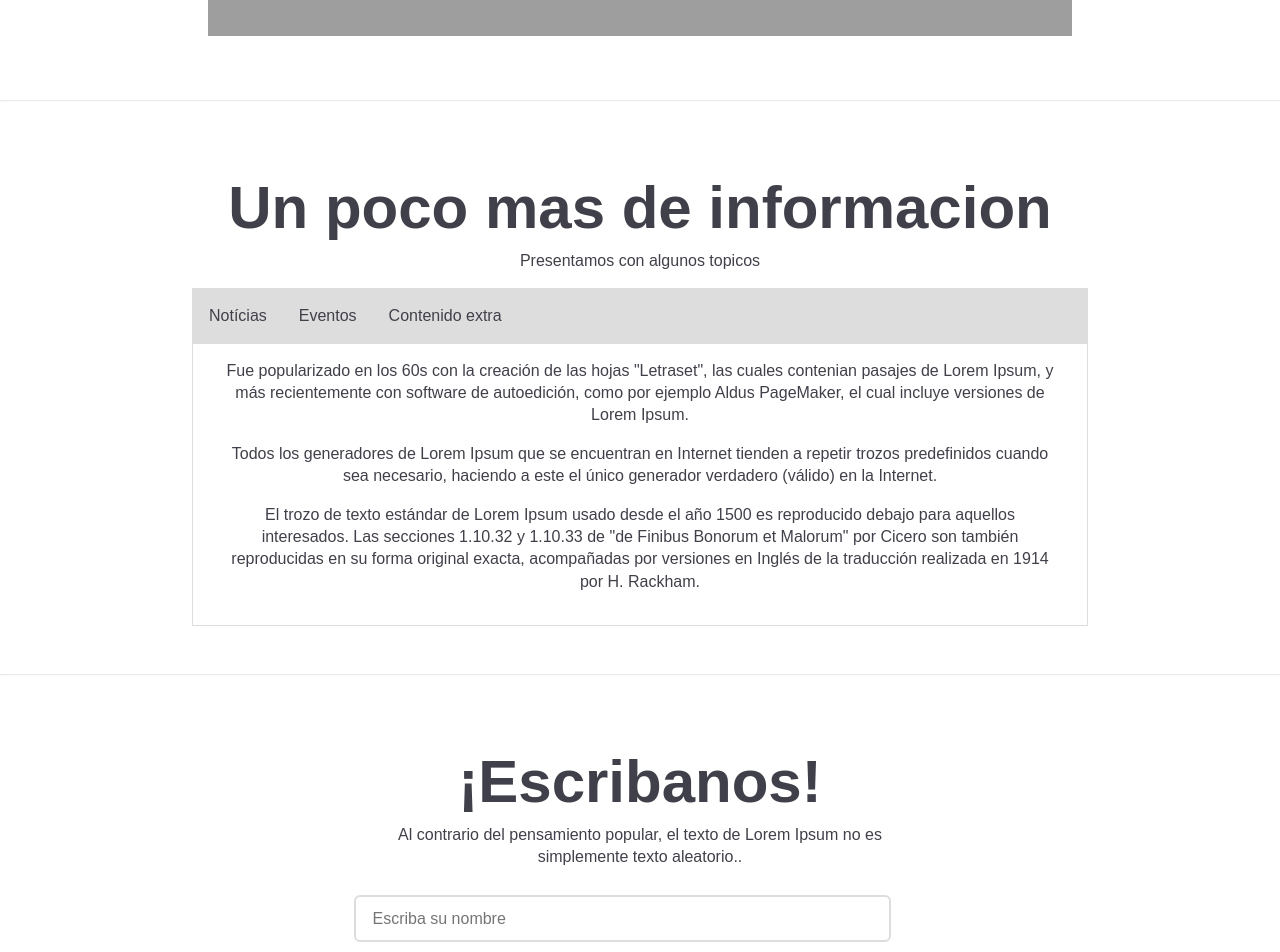
Repository: robsonmarkes/accesibilidad
Page: index.html
These files come from the project's save history. The page is drawn as it stood at one moment and after the next save; the edit follows.
The browser window is 1280 px wide. The pictures show the part of the page from y = 1924 to 2876 px (the page is 3347 px tall).
Pictures or frames that could not be fetched are drawn as grey boxes. A picture or video elsewhere on the page could not be fetched, so the positions and the page height are approximate.

Above is the page before, as saved 2022-10-13 10:58:16.

### index.html
<!DOCTYPE html>
<html lang="en">
<head>
    <meta charset="UTF-8">
    <meta http-equiv="X-UA-Compatible" content="IE=edge">
    <meta name="viewport" content="width=device-width, initial-scale=1.0">
    <title>Mi empresa portal</title>
    <link rel="stylesheet" href="style.css">
    <link rel="stylesheet" href="slides.css">
</head>
<body>
    <!-- wrong way -->
    <div class="wrap">
        <div class="header">
            <a href="http://google.com" class="logo">
                <img src="https://www.pngarts.com/files/3/Logo-PNG-Transparent-Image.png" alt="" srcset="">
            </a>
            <ul>
                <li>
                    <a href="#" target="_blank" rel="noopener noreferrer">Home</a>
                </li>
                <li>
                    <a href="#" target="_blank" rel="noopener noreferrer">Proyectos</a>
                </li>
                <li>
                    <a href="#" target="_blank" rel="noopener noreferrer">Contacto</a>
                </li>
            </ul>
        </div>
        <div class="content">
            <div class="article">
                <h1>Bienvenido!</h1>
                <img class="decorative-image" src="assets/world.png" alt="icono del planeta tierra"/>
                <p>
                    Lorem Ipsum es simplemente el texto de relleno de las imprentas y archivos de texto. Lorem Ipsum ha sido el texto de relleno estándar de las industrias desde el año 1500, cuando un impresor (N. del T. persona que se dedica a la imprenta) desconocido usó una galería de textos y los mezcló de tal manera que logró hacer un libro de textos especimen. No sólo sobrevivió 500 años, sino que tambien ingresó como texto de relleno en documentos electrónicos, quedando esencialmente igual al original. Fue popularizado en los 60s con la creación de las hojas "Letraset", las cuales contenian pasajes de Lorem Ipsum, y más recientemente con software de autoedición, como por ejemplo Aldus PageMaker, el cual incluye versiones de Lorem Ipsum.
                </p>
                <div class="buttons">
                    <button class="primary">Empezar!</button>
                    <button class="secondary">Contacto</button>
                </div>
            </div>
            <hr />
            <div class="article">
                <div>
                    <h1>Nuestra empresa</h1>
                    <p>
                        Es un hecho establecido hace demasiado tiempo que un lector se distraerá con el contenido del texto de un sitio mientras que mira su diseño. El punto de usar Lorem Ipsum es que tiene una distribución más o menos normal de las letras, al contrario de usar textos como por ejemplo "Contenido aquí, contenido aquí". Estos textos hacen parecerlo un español que se puede leer. Muchos paquetes de autoedición y editores de páginas web usan el Lorem Ipsum como su texto por defecto, y al hacer una búsqueda de "Lorem Ipsum" va a dar por resultado muchos sitios web que usan este texto si se encuentran en estado de desarrollo. Muchas versiones han evolucionado a través de los años, algunas veces por accidente, otras veces a propósito (por ejemplo insertándole humor y cosas por el estilo).
                    </p>
                </div>
                <img src="https://cdn-dynmedia-1.microsoft.com/is/image/microsoftcorp/O2019-Hero-image-x2:VP1-539x440?resMode=sharp2&op_usm=1.5,0.65,15,0&wid=1920&hei=720&qlt=75&fit=constrain" alt="Empleados mirando sus nuevos proyectos">
            </div>
            <hr />

            <div class="article" id="projects">
                <div>
                    <h1>Proyectos</h1>
                    <p>
                        Mira algunos de nuestros proyectos!
                    </p>
                    <section class="slider-wrapper">
                        <button class="slide-arrow" id="slide-arrow-prev">
                          &#8249;
                        </button>
                        <button class="slide-arrow" id="slide-arrow-next">
                          &#8250;
                        </button>
                        <ul class="slides-container" id="slides-container">
                          <li class="slide">
                            <img src="https://www.unir.net/wp-content/uploads/2021/02/Pro1.jpg" alt="">
                          </li>
                          <li class="slide">
                            <img src="https://gerens.pe/blog/wp-content/uploads/2018/08/gestion-de-proyecto.jpg" alt="">
                          </li>
                          <li class="slide">
                            <img src="https://www.il3.ub.edu/blog/wp-content/uploads/2021/10/iStock-1279738776.jpg" alt="">
                          </li>
                          <li class="slide">
                            <img src="https://www.obsbusiness.school/sites/obsbusiness.school/files/images/tipos%20de%20proyectos-min_0.jpg" alt="">
                          </li>
                        </ul>
                      </section>
                </div>

            </div>
            <hr />

            <div class="article" id="projects">
                <div>
                    <h1>Un poco mas de informacion</h1>
                    <p>
                        Presentamos con algunos topicos
                    </p>
                    <div class="tabs">
                        <div class="tabmenu">
                            <ul>
                                <li>Notícias</li>
                                <li>Eventos</li>
                                <li>Contenido extra</li>
                            </ul>
                        </div>
                        <div class="tab-content">
                            <div id="notices">
                                <p>
                                    Fue popularizado en los 60s con la creación de las hojas "Letraset", las cuales contenian pasajes de Lorem Ipsum, y más recientemente con software de autoedición, como por ejemplo Aldus PageMaker, el cual incluye versiones de Lorem Ipsum.
                                </p>
                            </div>
                            <div id="events">
                                <p>
                                    Todos los generadores de Lorem Ipsum que se encuentran en Internet tienden a repetir trozos predefinidos cuando sea necesario, haciendo a este el único generador verdadero (válido) en la Internet.
                                </p>
                            </div>
                            <div id="extra-content">
                                <p>
                                    El trozo de texto estándar de Lorem Ipsum usado desde el año 1500 es reproducido debajo para aquellos interesados. Las secciones 1.10.32 y 1.10.33 de "de Finibus Bonorum et Malorum" por Cicero son también reproducidas en su forma original exacta, acompañadas por versiones en Inglés de la traducción realizada en 1914 por H. Rackham.
                                </p>
                            </div>
                        </div>
                    </div>
                </div>

            </div>
            <hr />

            <div class="article">
                <h1>¡Escribanos!</h1>
                <p>
                    Al contrario del pensamiento popular, el texto de Lorem Ipsum no es simplemente texto aleatorio..
                </p>
                <form action="">
                    <fieldset>
                        <legend>En formulário de ejemplo</legend>
                        <div class="form-group">
                            <label for="name">nombre:</label>
                            <input type="text" name="name" id="name" placeholder="Escriba su nombre">
                            <span class="validator hidden" id="validate-name"></span>
                        </div>
                        <div class="form-group">
                            <label for="email">correo:</label>
                            <input type="text" name="email" id="email" placeholder="Escriba su correo">
                            <span class="validator hidden" id="validate-email"></span>
                        </div>
                        <div class="form-group">
                            <label for="message">mensaje:</label>
                            <textarea name="message" id="message" cols="30" rows="10" placeholder="Escriba su mensaje"></textarea>
                            <span class="validator hidden" id="validate-message"></span>
                        </div>
                        <button id="send-message" disabled>Enviar!</button>
                    </fieldset>
                </form>
            </div>
        </div>
        <div class="footer">
            <span>Navegación rápida</span>
            <ul>
                <li>
                    <a href="#" target="_blank" rel="noopener noreferrer">Home</a>
                </li>
                <li>
                    <a href="#" target="_blank" rel="noopener noreferrer">Sobre</a>
                </li>
                <li>
                    <a href="#" target="_blank" rel="noopener noreferrer">Proyectos</a>
                </li>
                <li>
                    <a href="#" target="_blank" rel="noopener noreferrer">Contacto</a>
                </li>
            </ul>
        </div>

        <div class="background-modal close-modal" id="background-modal"></div>
        <div class="modal close-modal" id="modal">
            <span class="close-btn" id="close-btn">x</span>
            <h2 class="title">Estas seguro que quieres enviar?</h2>
            <span class="text">La acción no puede ser deshecha.</span>
            <div class="buttons">
                <button id="close-btn">¡Si!</button>
                <button id="close-btn">¡No!</button>
            </div>
        </div>

    </div>
</body>
<script src="scripts.js"></script>
</html>

### style.css
:root {
    --primary-bg: rgb(81, 101, 228);
    --primary-color: #ffffff;
    --secondary-bg: #ffffff;
    --secondary-color: rgb(64, 64, 74);
    --body-bg: rgb(64, 64, 74);
    --transition-time: 0.2s;
  }

body, * {
    margin: 0;
    padding: 0;
    list-style-type: none;
    text-decoration: none;
    font-family:Arial, Helvetica, sans-serif;
    color: var(--secondary-color);
    box-sizing: border-box;
}

body a:hover {
    color: var(--primary-color);
}

.wrap {
    width: 100%;
    height: auto;
    margin: 0 auto;

}

.wrap .header {
    display: flex;
    align-items: center;
    background-color: var(--primary-bg);
}

.wrap .header  img {
    filter: invert(100%);
    height: 64px;
}

.wrap .header ul {
    display: flex;
}
.wrap .header ul li {
    padding: 1rem;
}
.wrap .header a {
    color: var(--primary-color);
}

.wrap .content {
    width: 100%;
    min-width: 400px;
    margin: 0;
}

.wrap .content hr {
    color: var(--body-bg);
    opacity: 0.2;
}

.wrap .content .article {
    margin: 0 auto;
    padding: 64px 0 48px;
    max-width: 600px;
    line-height: 1.4;
}

.wrap .content .article h1, h2, h3 {
    font-size: 3.75rem;
    padding-bottom: 0.35;
    text-align: center;
}

.wrap .content .article p {
    font-size: 1rem;
    text-align: center;
    padding: 0 1rem 1rem;
}

.wrap .content .article img {
    margin: 0 auto;
    max-width: 100%;
}

.wrap .content .article .decorative-image {
    max-width: 20%;
    float: right;
    filter: opacity(0.5);
}

.wrap .content .article .buttons {
    max-width: 220px;
    margin: 0 auto;
    display: flex;
}

.wrap .content .article .buttons button {
    font-size: 1rem;
    padding: 0.5rem 1rem;
    margin: 4px;
    border: 2px solid;
    border-radius: 4px;
    cursor: pointer;
    background-color: transparent;
}

.wrap .content .article .buttons button.primary {
    background-color: var(--primary-color);
    color: var(--primary-bg);
    transition: var(--transition-time) background-color;
}

.wrap .content .article .buttons button.primary:hover {
    background-color: var(--primary-bg);
    color: var(--primary-color);
    border-color: var(--primary-bg);
}

.wrap .content .article .buttons button.secondary {
    background-color: var(--secondary-color);
    color: var(--secondary-bg);
    border-color: var(--secondary-color);
    transition: var(--transition-time) background-color;
}

.wrap .content .article .buttons button.secondary:hover {
    background-color: var(--secondary-bg);
    color: var(--secondary-color);
    border-color: var(--secondary-color);
}

.wrap .content .article form {
    width: 100%;
    margin: 0 auto;
}

.wrap .content .article form fieldset {
    display: flex;
    flex-direction: column;
    align-items: center;
    border-color: transparent;
}

.wrap .content .article form fieldset legend {
    opacity: 0;
    font-size: 0px;
}

.wrap .content .article form .form-group {
    width: 100%;
    display: block;
}

.wrap .content .article form .form-group label {
    opacity: 0;
    font-size: 0px;
}

.wrap .content .article form .form-group input, .wrap .content .article form .form-group textarea {
    font-size: 1rem;
    padding: 0.8rem 1rem;
    margin: 0.5rem;
    border: 2px solid #ddd;
    border-radius: 6px;
    width: 90%;
}

.wrap .content .article form fieldset button {
    font-size: 1rem;
    width: 160px;
    margin: 0 auto;
    padding: 0.5rem 1rem;
    margin: 4px;
    border: 2px solid;
    border-radius: 4px;
    cursor: pointer;
    background-color: var(--primary-color);
    color: var(--primary-bg);
    transition: var(--transition-time) background-color;
}

.wrap .content .article form fieldset button:hover {
    background-color: var(--primary-bg);
    color: var(--primary-color);
    border-color: var(--primary-bg);
}

.wrap .content .article form fieldset button[disabled] {
    background: rgb(184, 181, 181);
    color: rgb(102, 100, 100);
}

.wrap .content .article form fieldset .validator {
    font-size: 0.8rem;
    margin-left: 1rem;
    color: red;
}

.wrap .content .article form fieldset .hidden {
    display: none;
}

.wrap .content .article .tabs {
    border: 1px solid #ddd;
}

.wrap .content .article .tabs .tabmenu {
    background: #ddd;
}

.wrap .content .article .tabs .tabmenu ul {
    display: flex;
}

.wrap .content .article .tabs .tabmenu ul li {
    padding: 1rem;
    color: var(--secondary-color);
}

.wrap .content .article .tabs .tab-content {
    padding: 1rem;
}

.wrap .footer {
    display: flex;
    flex-direction: column;
    align-items: center;
    padding: 1rem;
    background-color: var(--primary-bg);
}

.wrap .footer span {
    color: var(--primary-color);
    font-size: small;
    padding-bottom: 1rem;
}

.wrap .footer  ul {
    display: flex;
}

.wrap .footer  ul li a {
    color: var(--primary-color);
    padding: 1rem;
}

/* modal */

.wrap .background-modal {
    width: 100%;
    height: 100%;
    top: 0;
    left: 0;
    opacity: 0.4;
    position: fixed;
    background-color: black;
    z-index: 2;
}

.wrap .modal {
    width: 600px;
    height: 268px;
    position: fixed;
    top: 12%;
    left: calc((100vw - 600px)/2);
    background-color:#fff;
    z-index: 3;
    margin: 0 auto;
}

.wrap .modal .title, .wrap .modal .text {
    text-align: center;
}

.wrap .modal .title {
    font-size: 2rem;
    padding: 3rem 2rem;
}

.wrap .modal .text {
    display: block;
    font-size: 1.5rem;
    color:rgb(89, 89, 93)
}

.wrap .modal .buttons {
    width: 142px;
    margin: 0 auto;
    display: flex;
}

.wrap .modal .buttons button {
    padding: 0.4rem 1rem;
    margin: 1rem 4px;
    font-size: 1rem;
    border: 2px solid;
    border-radius: 4px;
    cursor: pointer;
    background-color: var(--primary-color);
    color: var(--primary-bg);
    transition: var(--transition-time) background-color;
}

.wrap .modal .buttons button:hover {
    background-color: var(--primary-bg);
    color: var(--primary-color);
    border-color: var(--primary-bg);
}

.wrap .modal .close-btn {
    font-size: 1.2rem;
    position: absolute;
    top: 6px;
    left: calc(600px - 20px);
    cursor: pointer;
    color: var(--secondary-color);
    transition: var(--transition-time) color;
}

.wrap .modal .close-btn:hover {
    color: var(--primary-bg);
}

.close-modal {
    visibility: hidden;
}

### slides.css
#projects {
    max-width: 70%;
}

#projects .slide img {
    width: 100%;
    height: 100%;
    padding: 0;
}


.slider-wrapper {
    margin: 1rem;
    position: relative;
    overflow: hidden;
  }

  .slides-container {
    /* height: calc(100vh - 2rem); */
    height: 394px;
    width: 100%;
    display: flex;
    overflow: scroll;
    scroll-behavior: smooth;
    list-style: none;
    margin: 0;
    padding: 0;
  }

  .slide-arrow {
    position: absolute;
    display: flex;
    top: 0;
    bottom: 0;
    margin: auto;
    height: 4rem;
    background-color: white;
    border: none;
    width: 2rem;
    font-size: 3rem;
    padding: 0;
    cursor: pointer;
    opacity: 0.5;
    transition: opacity 100ms;
  }

  .slide-arrow:hover,
  .slide-arrow:focus {
    opacity: 1;
  }

  #slide-arrow-prev {
    left: 0;
    padding-left: 0.25rem;
    border-radius: 0 2rem 2rem 0;
  }

  #slide-arrow-next {
    right: 0;
    padding-left: 0.75rem;
    border-radius: 2rem 0 0 2rem;
  }

  .slide {
    width: 100%;
    height: 100%;
    flex: 1 0 100%;
    margin: 0;
    padding: 0;
  }

  .slide:nth-child(1) {
    background-color: #49b293;
  }

  .slide:nth-child(2) {
    background-color: #b03532;
  }

  .slide:nth-child(3) {
    background-color: #6a478f;
    margin: 0;
  }

  .slide:nth-child(4) {
    background-color: #da6f2b;
  }

### scripts.js
const init = () => {
    const backgroundModal = document.querySelector(`#background-modal`);
    const modal = document.querySelector(`#modal`);
    const sendButton = document.querySelector(`#send-message`);
    const closeBtn = document.querySelectorAll(`#close-btn`);
    const hiddenClass = `close-modal`;

    const form = document.querySelectorAll(`input[type="text"], textarea`);

    const validForm = (input) => {

        const message = document.querySelector(`#validate-${input[`name`]}`);

        const showMessage = (messageText) => {
            message.innerHTML = messageText
            message.classList.contains(`hidden`) ? message.classList.remove(`hidden`) : null;
        };

        const hideMessage = () => {
            message.innerHTML = ``
            !message.classList.contains(`hidden`) ? message.classList.add(`hidden`) : null;
        };

        const validateName = (input) => {
            input.value.length > 2 ? hideMessage() : showMessage(`El campo nome no puede estar vacío`);
            return input.value.length > 2;
        };

        const validateEmail = (input) => {
            const validMail = String(input.value)
            .toLowerCase()
            .match(/^(([^<>()[\]\\.,;:\s@"]+(\.[^<>()[\]\\.,;:\s@"]+)*)|(".+"))@((\[[0-9]{1,3}\.[0-9]{1,3}\.[0-9]{1,3}\.[0-9]{1,3}\])|(([a-zA-Z\-0-9]+\.)+[a-zA-Z]{2,}))$/);
            !validMail ? showMessage(`Correo inválido.`) : hideMessage();
            return !validMail ? false : true;
        };

        const validateMessage = (input) => {
            input.value.length < 5 ? showMessage(`Mensaje demasiado corto.`) : hideMessage();
            return input.value.length > 5 ? true : false;
        };

        if(input[`name`] == `name`) {
            return validateName(input);
        }

        if(input[`name`] == `email`) {
            return validateEmail(input);
        }

        if(input[`name`] == `message`) {
            return validateMessage(input);
        }

    }

    const toggleModal = (event) => {
        event.preventDefault();
        if(backgroundModal.classList.contains(hiddenClass) && modal.classList.contains(hiddenClass)) {
            backgroundModal.classList.remove(hiddenClass);
            modal.classList.remove(hiddenClass);
        } else {
            backgroundModal.classList.add(hiddenClass);
            modal.classList.add(hiddenClass);
        }
    };

    //listeners
    form.forEach(input => {
        input.addEventListener(`keyup`, _ => {
            validForm(input) ? sendButton.removeAttribute(`disabled`) : sendButton.setAttribute(`disabled`, true);
        });
    });

    sendButton.addEventListener(`click`, e => {
        const sentences = [];
        form.forEach(input => sentences.push(validForm(input)));
        if(!sentences.includes(false)) {
            sendButton.removeAttribute(`disabled`);
            toggleModal(e);
        } else {
            sendButton.setAttribute(`disabled`, true);
        }
    });

    closeBtn.forEach(btn => btn.addEventListener(`click`, toggleModal));


    //slides
    const slidesContainer = document.getElementById("slides-container");
    const slide = document.querySelector(".slide");
    const prevButton = document.getElementById("slide-arrow-prev");
    const nextButton = document.getElementById("slide-arrow-next");

    nextButton.addEventListener("click", () => {
        const slideWidth = slide.clientWidth;
        slidesContainer.scrollLeft += slideWidth;
    });

    prevButton.addEventListener("click", () => {
        const slideWidth = slide.clientWidth;
        slidesContainer.scrollLeft -= slideWidth;
    });

};

document.addEventListener(`DOMContentLoaded`, init);

After the next save:
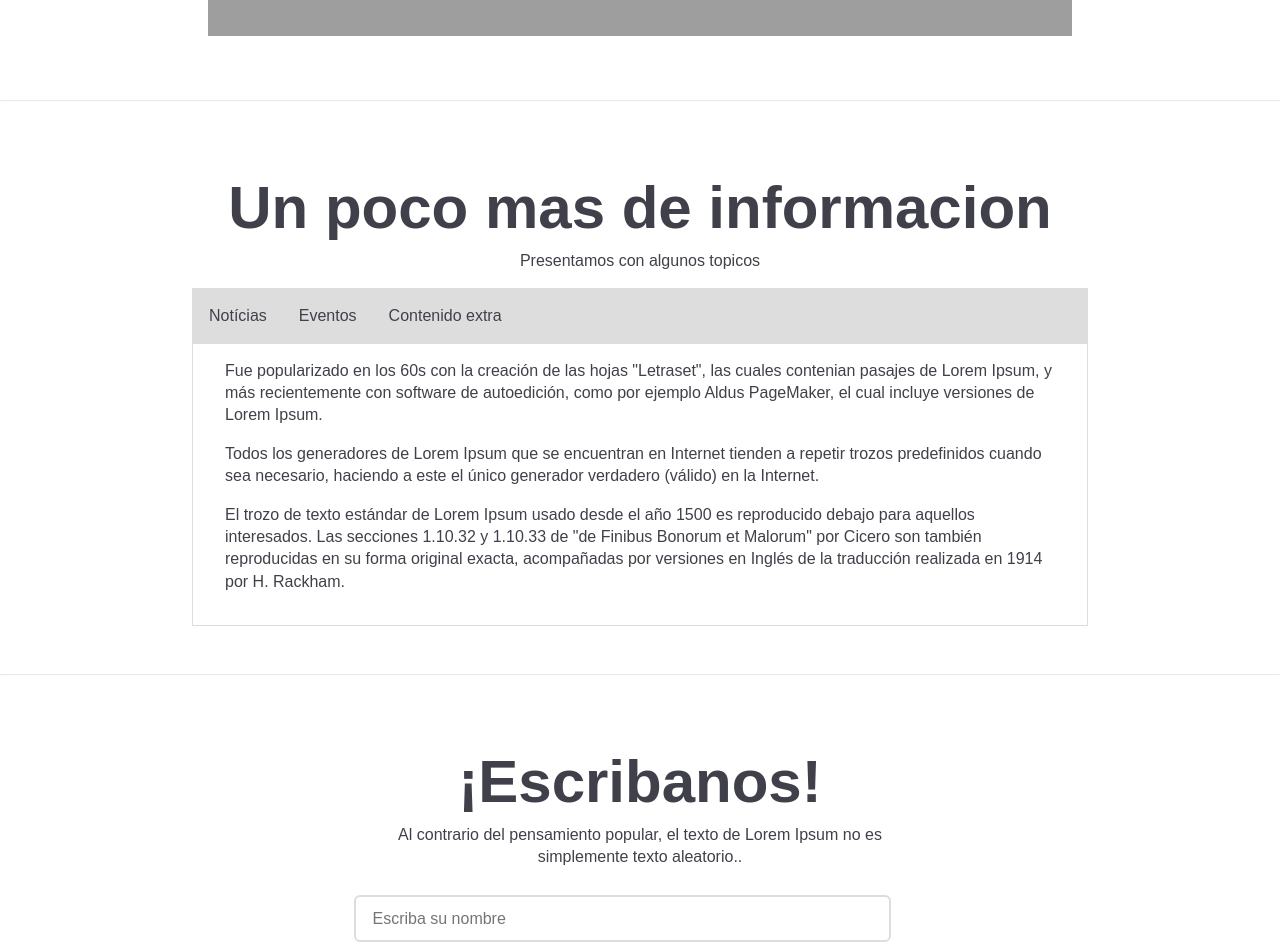
Saved 34 s later.
--- a/style.css
+++ b/style.css
@@ -223,6 +223,10 @@ body a:hover {
     padding: 1rem;
 }
 
+.wrap .content .article .tabs .tab-content div p {
+    text-align: left;
+}
+
 .wrap .footer {
     display: flex;
     flex-direction: column;
